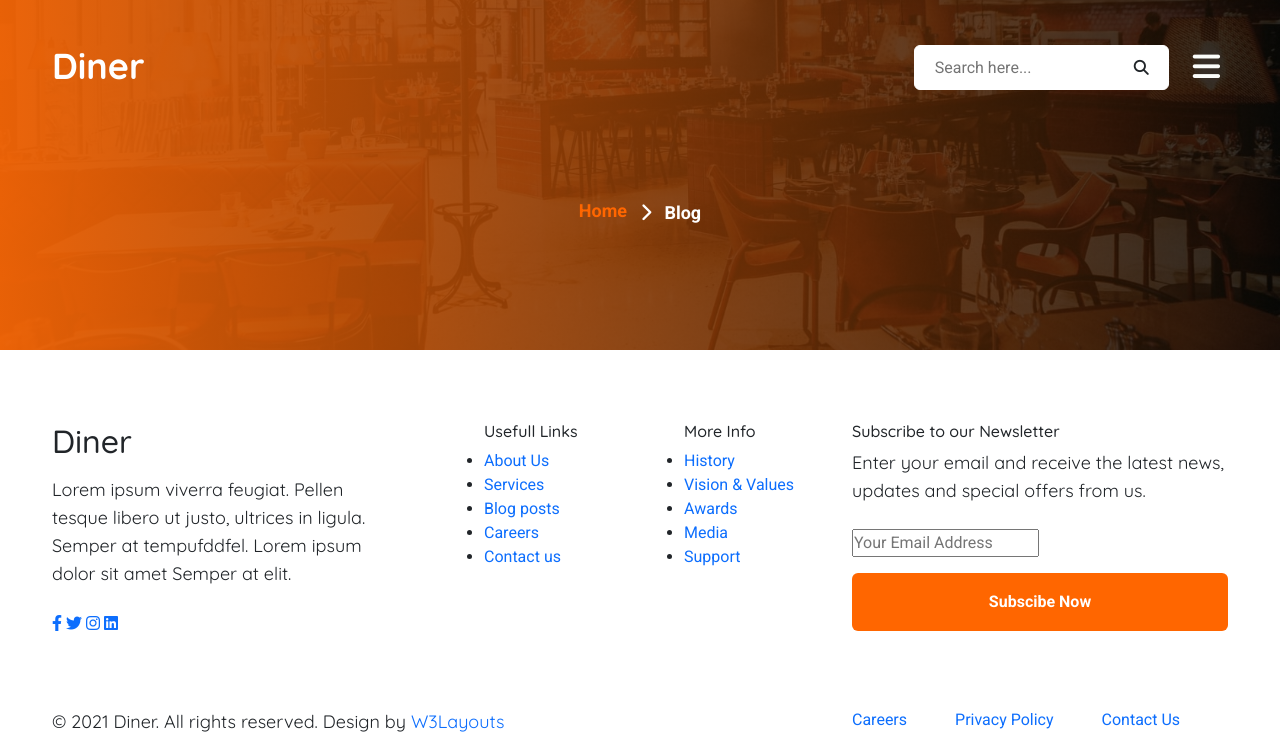
Repository: minhtrivu6199/Diner
Page: blog.html
These files come from the project's save history. The page is drawn as it stood at one moment and after the next save; the edit follows.
The browser window is 1280 px wide. The pictures show the whole page.
Backgrounds fixed to the window are drawn as part of the page. The style sheet was rebuilt from its Sass, Less or Tailwind sources for each picture, by a compiler version that may differ from the author's.

Above is the page before, as saved 2022-10-11 23:18:10.

After the next save:
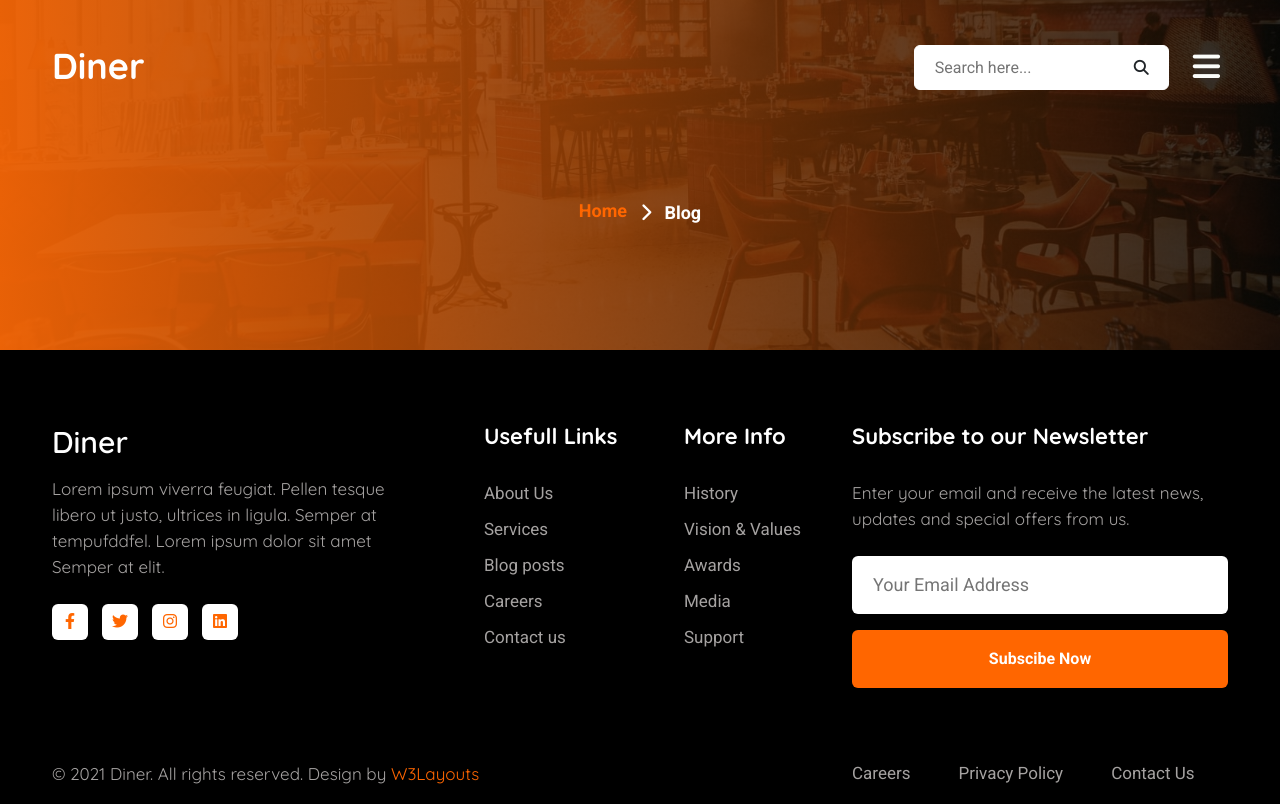
Saved 17 s later.
--- a/blog.html
+++ b/blog.html
@@ -41,7 +41,7 @@
       integrity="sha384-iYQeCzEYFbKjA/T2uDLTpkwGzCiq6soy8tYaI1GyVh/UjpbCx/TYkiZhlZB6+fzT"
       crossorigin="anonymous"
     />
-    <link rel="stylesheet" href="./css/contact.min.css" />
+    <link rel="stylesheet" href="./css/blog.min.css" />
   </head>
 
   <body>
